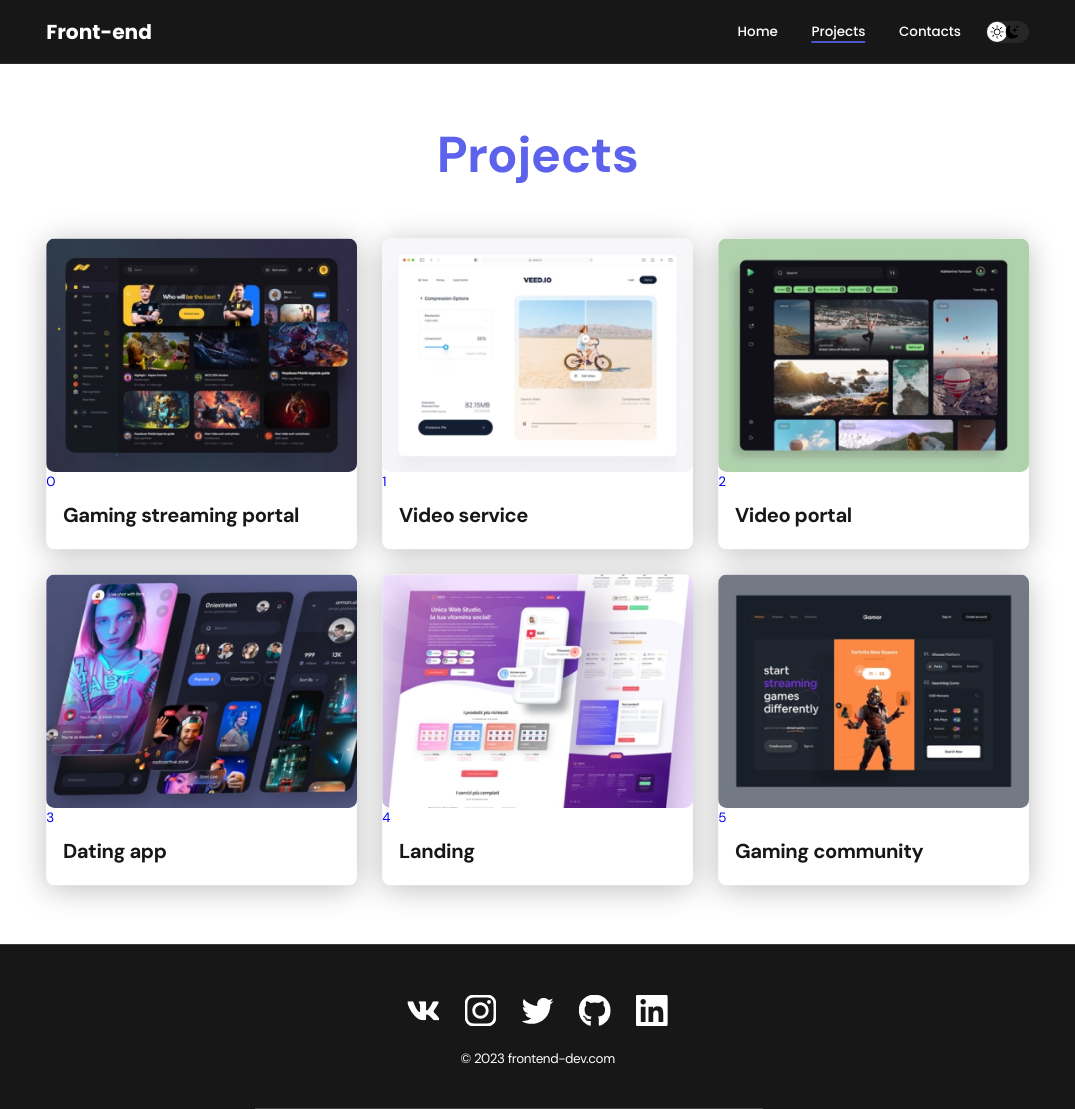
Repository: Azimich/profile
Page: /projects
An editor plug-in stored every save of this project. The page is shown before and after the next save, followed by the edit.
The browser window is 1280 px wide. The pictures show the whole page, at 84% of full size.
The project was rebuilt for these pictures with package versions that can differ from the ones it lists, and the page was loaded fresh each time. Also part of the build but not shown: src/components/mainContacts/MainContacts.css, src/components/mainContacts/MockData.ts, src/components/mainContacts/MainContacts.tsx, src/pages/Contacts.tsx, src/components/button/Button.css, src/components/button/Button.tsx, src/components/header/Header.css, src/components/header/Header.tsx and 9 more.

Above is the page before, as saved 2023-01-31 22:38:56.

After the next save:
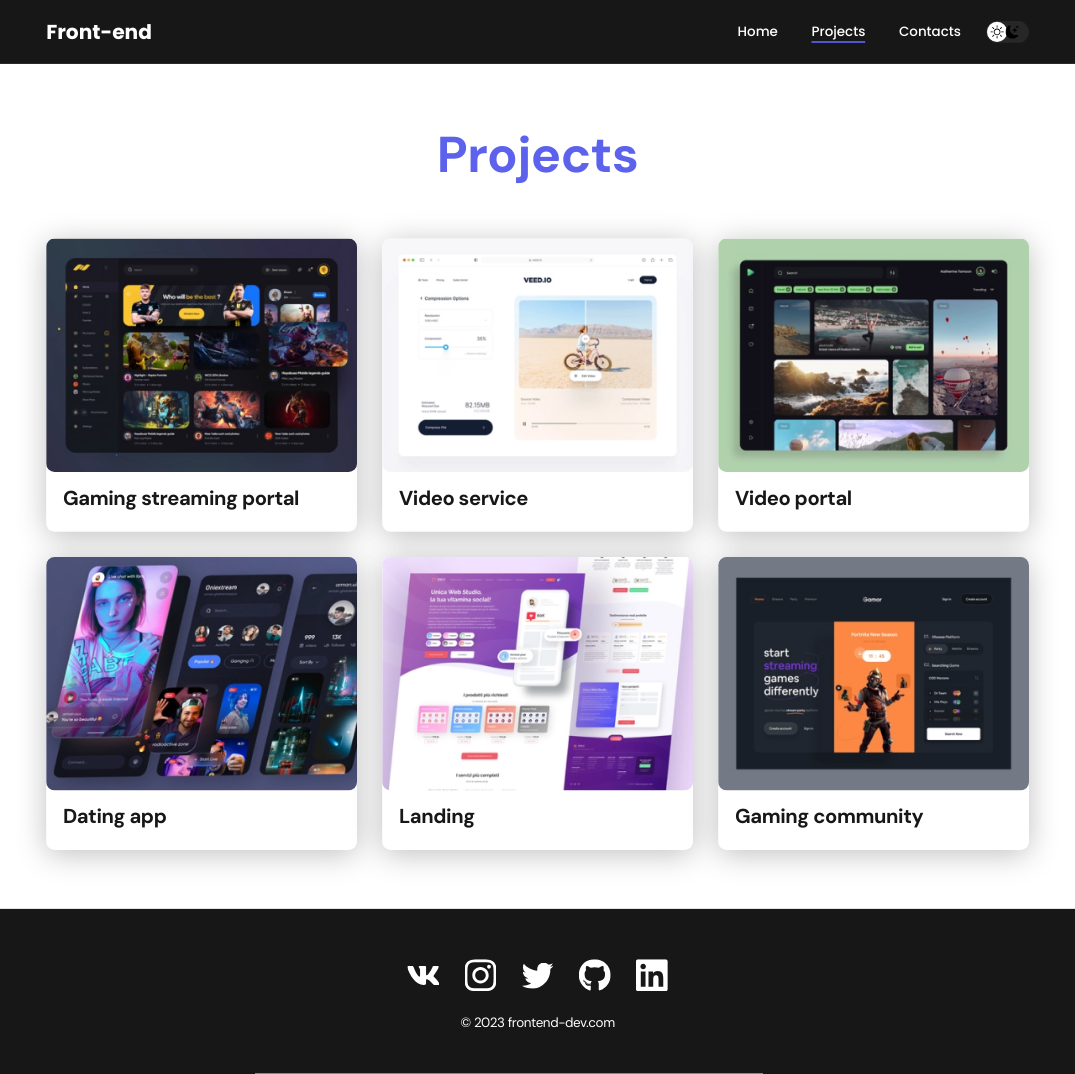
Saved 26 s later.
--- a/src/components/mainProjects/MainProjects.tsx
+++ b/src/components/mainProjects/MainProjects.tsx
@@ -20,7 +20,6 @@ const MainProjects: FC<IMainProjects> = ({ img, title, index }) => {
       <li className="project">
         <a href="./project-page.html">
           <img src={img} alt={title} className="project__img" />
-          {index}
           <h3 className="project__title">{title}</h3>
         </a>
       </li>
